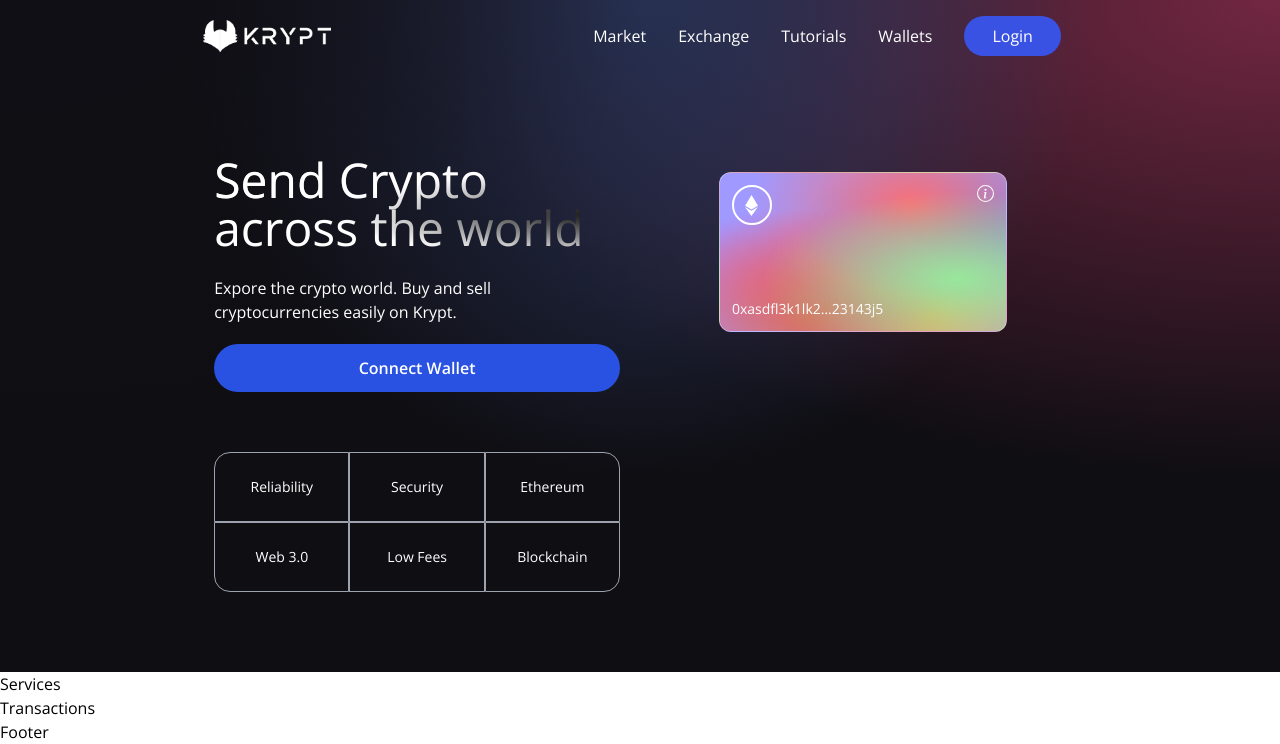
Repository: stephan-chiorean/krypt
Page: / (app in client/)
These files come from the project's save history. The page is drawn as it stood at one moment and after the next save; the edit follows.
The browser window is 1280 px wide. The pictures show the whole page.
The project was rebuilt for these pictures with package versions that can differ from the ones it lists, and the page was loaded fresh each time. Also part of the build but not shown: client/vite.config.js, client/src/components/Loader.jsx.

Above is the page before, as saved 2023-03-28 15:23:55.

### client/src/App.jsx
import {Navbar, Welcome, Footer, Services, Transactions} from './components';

const App = () => {

  return (
    <div className="min-h-screen">
      <div className="gradient-bg-welcome">
        <Navbar/>
        <Welcome/>
      </div>
      <Services/>
      <Transactions/>
      <Footer/>
    </div>
  )
}

export default App

### client/src/components/index.js
export {default as Loader} from './Loader';
export {default as Navbar} from './Navbar';
export {default as Footer} from './Footer';
export {default as Welcome} from './Welcome';
export {default as Transactions} from './Transactions';
export {default as Services} from './Services';

### client/src/components/Navbar.jsx
import { HiMenuAlt4 } from 'react-icons/hi';
import { AiOutlineClose } from 'react-icons/ai';
import { useState } from 'react';

import logo from '../../images/logo.png';

const NavbarItem = ({ title, classProps }) => {
  return <li className={`mx-4 cursor-pointer ${classProps}`}>{title}</li>;
};
export default () => {
  const [toggleMenu, setToggleMenu] = useState(false);
  return (
    <nav className='w-full flex md:justify-center justify-between items-center p-4'>
      <div className='md:flex-[0.5] flex-initial justify-center items-center'>
        <img src={logo} alt='logo' className='w-32 cursor-pointer' />
      </div>
      <ul className='text-white md:flex hidden list-none flex-row justify-between items-center flex-initial'>
        {['Market', 'Exchange', 'Tutorials', 'Wallets'].map((item, index) => (
          <NavbarItem key={item + index} title={item} />
        ))}
        <li className='bg-[#3952e3] py-2 px-7 mx-4 rounded-full cursor-pointer hover:bg-[#2546bd]'>
          Login
        </li>
      </ul>
      <div className='flex relative'>
        {toggleMenu ? (
          <AiOutlineClose
            fontSize={28}
            className='text-white md:hidden cursor-pointer'
            onClick={() => setToggleMenu(false)}
          />
        ) : (
          <HiMenuAlt4
            fontSize={28}
            className='text-white md:hidden cursor-pointer'
            onClick={() => setToggleMenu(true)}
          />
        )}
        {toggleMenu && (
          <ul className="z-10 fixed top-0 -right-2 p-3 w-[70vw] h-screen shadow-2xl md:hidden list-none flex flex-col justify-start items-end rounded-md blue-glassmorphism text-white animate-slide-in">
            <li className='text-xl w-full my-2'>
              <AiOutlineClose onClick={() => setToggleMenu(false)} className="cursor-pointer"/>
            </li>
            {['Market', 'Exchange', 'Tutorials', 'Wallets'].map(
              (item, index) => (
                <NavbarItem key={item + index} title={item} classProps="my-2 text-lg"/>
              )
            )}
          </ul>
        )}
      </div>
    </nav>
  );
};

### client/src/components/Footer.jsx
import React from 'react'

export default() => {
  return (
    <div>Footer</div>
  )
}

### client/src/components/Welcome.jsx
import { AiFillPlayCircle } from 'react-icons/ai';
import { SiEthereum } from 'react-icons/si';
import { BsInfoCircle } from 'react-icons/bs';
import { Loader } from './';
const commonStyles =
  'min-h-[70px] sm:px-0 px-2 sm:min-w-[120px] flex justify-center items-center border-[0.5px] border-gray-400 text-sm font-light text-white';

export default () => {
  const connectWallet = () => {};
  return (
    <div className='flex w-full justify-center items-center'>
      <div className='flex md:flex-row flex-col itesm-start justify-between md:p-20 py-12 px-4'>
        <div className='flex flex-1 justify-start flex-col md:mr-10'>
          <h1 className='text-3xl sm:text-5xl text-white text-gradient py-1'>
            Send Crypto <br /> across the world
          </h1>
          <p className='text-left mt-5 text-white font-light md:w-9/12 w-11/12 text-base'>
            Expore the crypto world. Buy and sell cryptocurrencies easily on
            Krypt.
          </p>
          <button
            type='button'
            onClick={connectWallet}
            className='flex flex-row justify-center items-center my-5 bg-[#2952e3] p-3 rounded-full cursor-pointer hover:bg-[#2546bd]'
          >
            <p className='text-white text-base font-semibold'>Connect Wallet</p>
          </button>

          <div className='grid sm:grid-cols-3 grid-cols-2 w-full mt-10'>
            <div className={`rounded-tl-2xl ${commonStyles}`}>Reliability</div>
            <div className={commonStyles}>Security</div>
            <div className={`sm:rounded-tr-2xl ${commonStyles}`}>Ethereum</div>
            <div className={`sm:rounded-bl-2xl ${commonStyles}`}>Web 3.0</div>
            <div className={commonStyles}>Low Fees</div>
            <div className={`rounded-br-2xl ${commonStyles}`}>Blockchain</div>
          </div>
        </div>

        <div className="flex flex-col flex-1 items-center justify-start w-full md:mt-0 mt-10">
          <div className="p-3 justify-end items-start flex-col rounded-xl h-40 sm:w-72 w-full my-5 eth-card white-glassmorphism">
            <div className="flex justify-between flex-col w-full h-full">
              <div className="flex justify-between items-start">
                <div className="w-10 h-10 rounded-full border-2 border-white flex justify-center items-center">
                    <SiEthereum fontSize={21} color="#fff" />
                </div>
                <BsInfoCircle fontSize={17} color="#fff" />
              </div>
              <div>
                <p className="text-white font-light text-sm">
                  0xasdfl3k1lk2...23143j5
                </p>
              </div>
            </div>
          </div>
        </div>
      </div>
    </div>
  );
};

### client/src/components/Transactions.jsx
import React from 'react'

export default() => {
  return (
    <div>Transactions</div>
  )
}

### client/src/components/Services.jsx
import React from 'react'

export default() => {
  return (
    <div>Services</div>
  )
}

Loaded but not shown: client/index.html (common file); client/src/main.jsx (common file); client/src/index.css (common file); client/tailwind.config.js (common file)

After the next save:
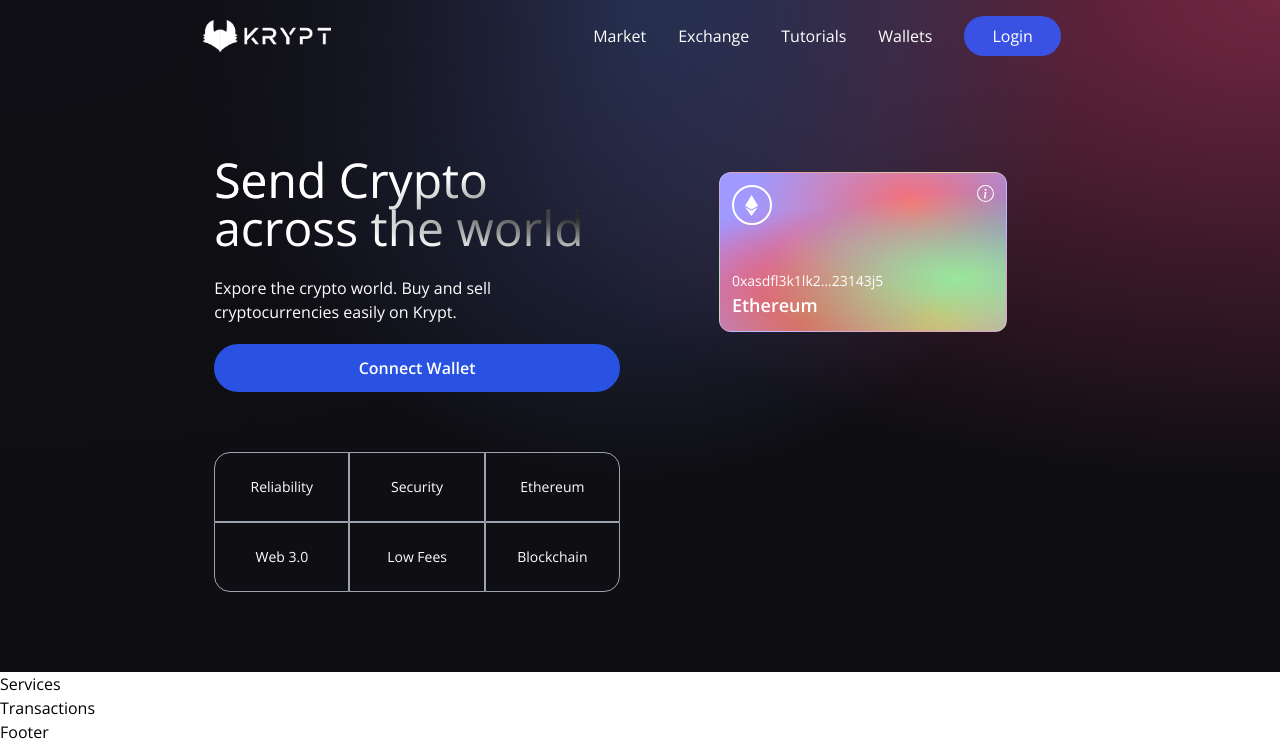
Saved 42 s later.
--- a/client/src/components/Welcome.jsx
+++ b/client/src/components/Welcome.jsx
@@ -49,6 +49,9 @@ export default () => {
                 <p className="text-white font-light text-sm">
                   0xasdfl3k1lk2...23143j5
                 </p>
+                <p className="text-white font-semibold text-lg">
+                  Ethereum
+                </p>
               </div>
             </div>
           </div>
